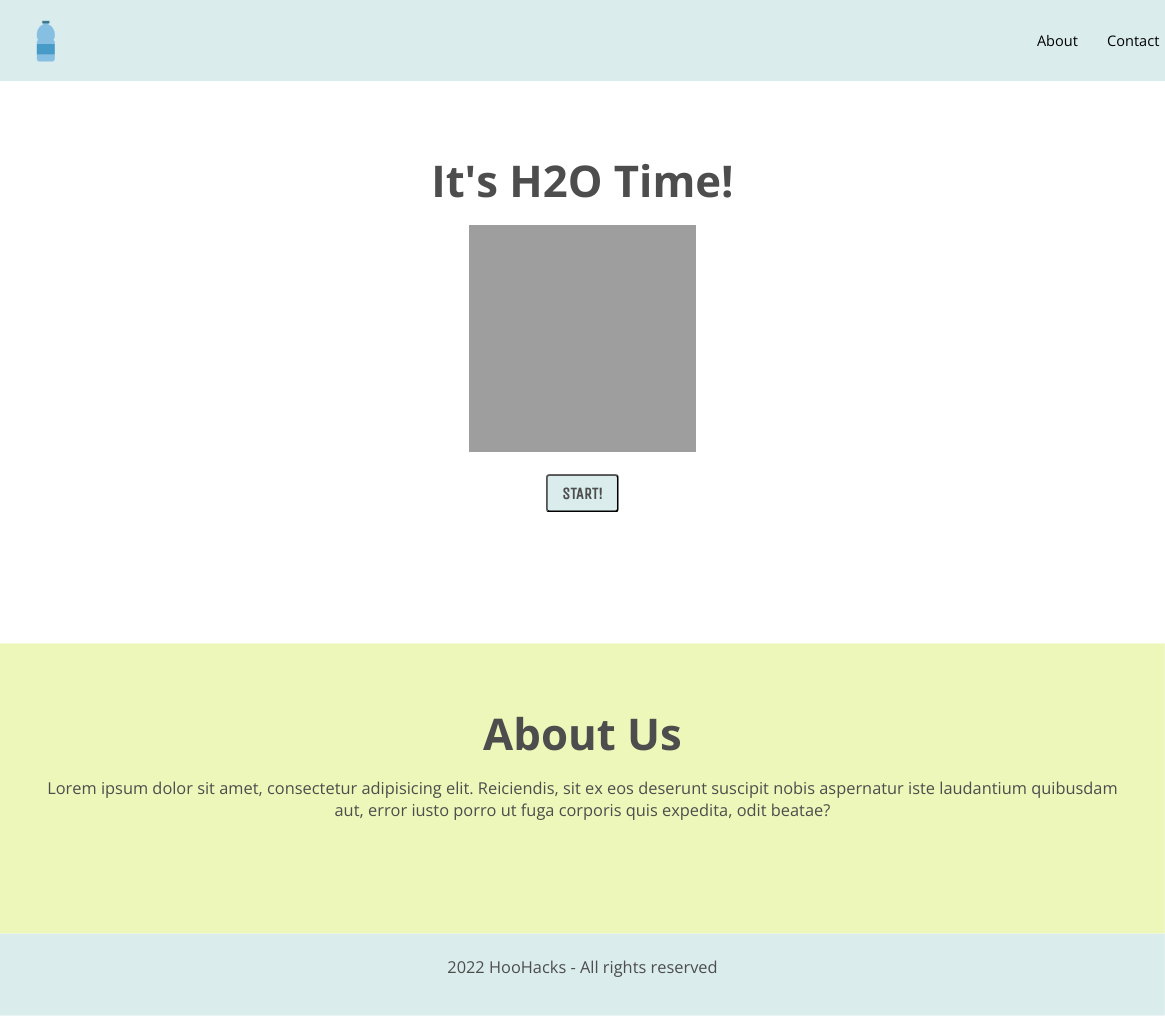
Repository: jennyjjung/H2ODaily
Page: index.html
The author's editor kept a copy of each file at every save. The page is drawn from the files as they stood at one save, then again after the next save.
The browser window is 1280 px wide. The pictures show the whole page, at 91% of full size.
Pictures or frames that could not be fetched are drawn as grey boxes.

Above is the page before, as saved 2022-03-26 18:37:43.

After the next save:
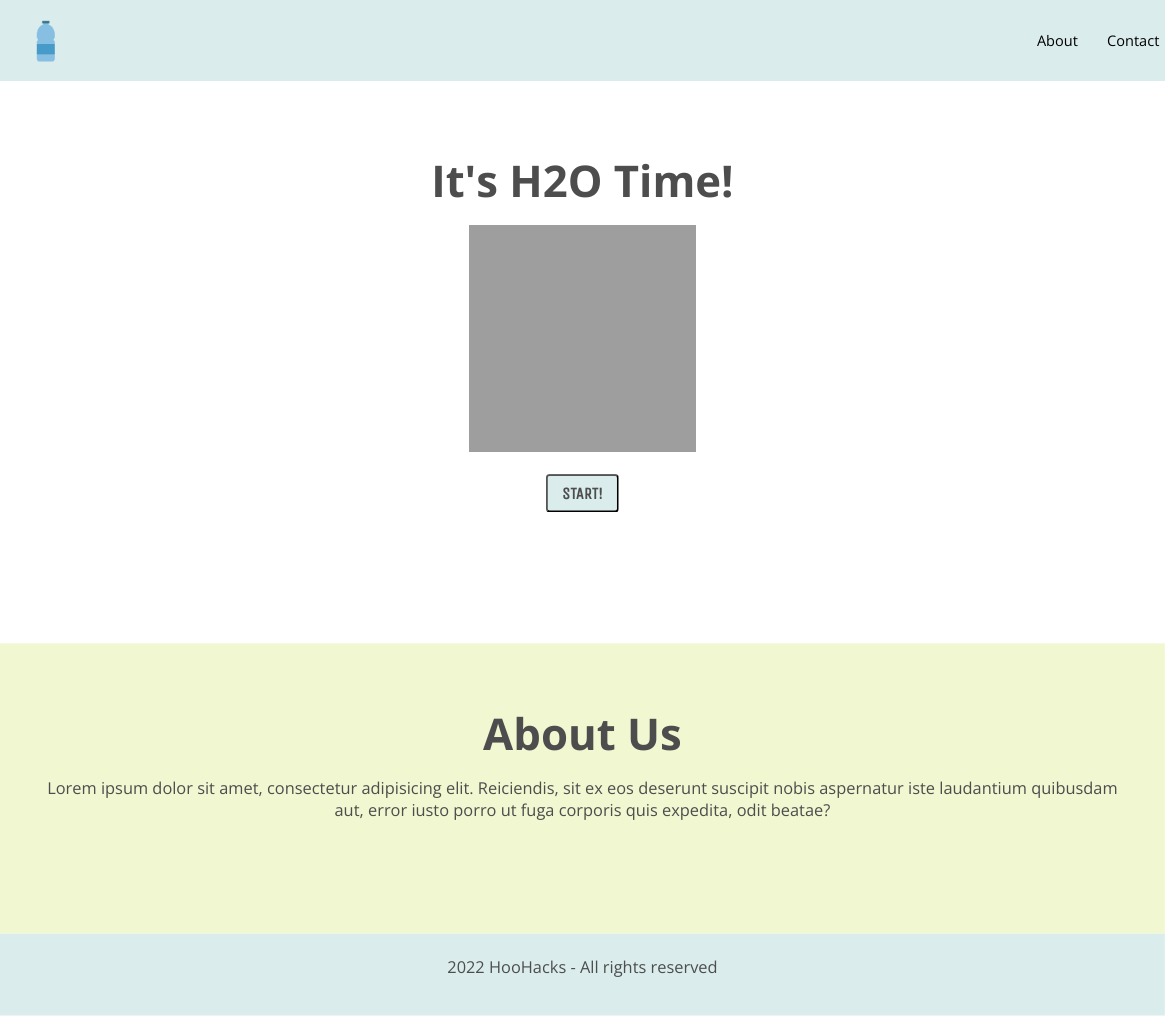
Saved 19 s later.
--- a/style.css
+++ b/style.css
@@ -5,7 +5,7 @@
   --color-dark-grey: #4d4d4d;
   --color-blue: #daedec;
   --color-dark-blue: #b9d8d6;
-  --color-yellow: rgb(238, 247, 186);
+  --color-yellow: rgb(241, 247, 208);
 
   /* Font weight */
   --weight-bold: 700;
